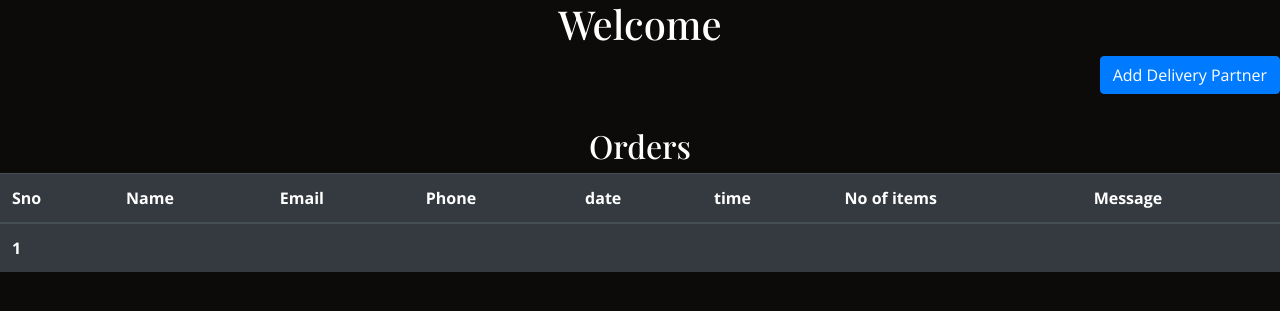
Repository: Amalraveendran/Amal
Page: http://localhost/cakehub/admin-.jsp
These files come from the project's save history. The page is drawn as it stood at one moment and after the next save; the edit follows.
The browser window is 1280 px wide. The pictures show the whole page.
Some web fonts or font styles are not loaded; a fallback is used. The page is served by Tomcat 9. The session is filled in as if someone had signed in: {"username": "testuser"}. The template is opened directly, without the code that normally fills it, so the values that code supplies are empty.

Above is the page before, as saved 2021-01-30 08:54:02.

After the next save:
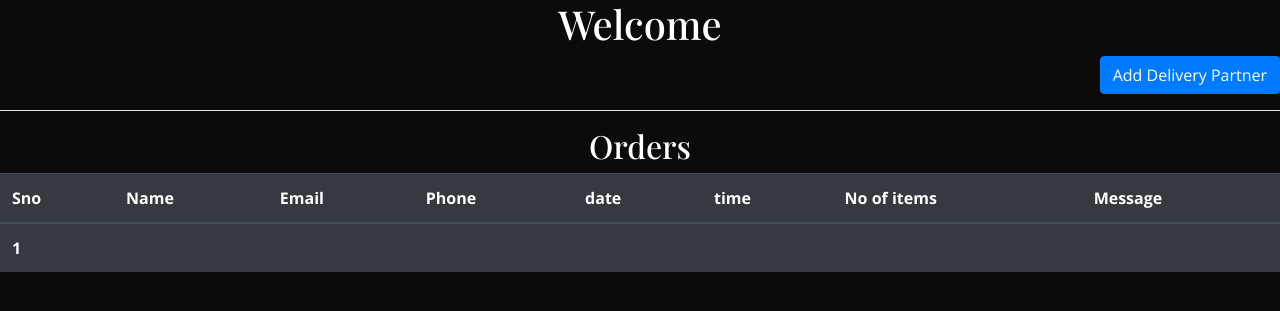
Saved 47 s later.
--- a/Eclipse Workspace/cakehub/WebContent/admin-.jsp
+++ b/Eclipse Workspace/cakehub/WebContent/admin-.jsp
@@ -47,7 +47,7 @@ if(session.getAttribute("username")==null)
 <a class="btn btn-primary" href="deliveryPartnerReg.jsp">Add Delivery Partner</a>
 
 </nav>
-<hr>
+<hr color="white">
 <h2>Orders</h2>
 
 <table class="table table-dark" >
